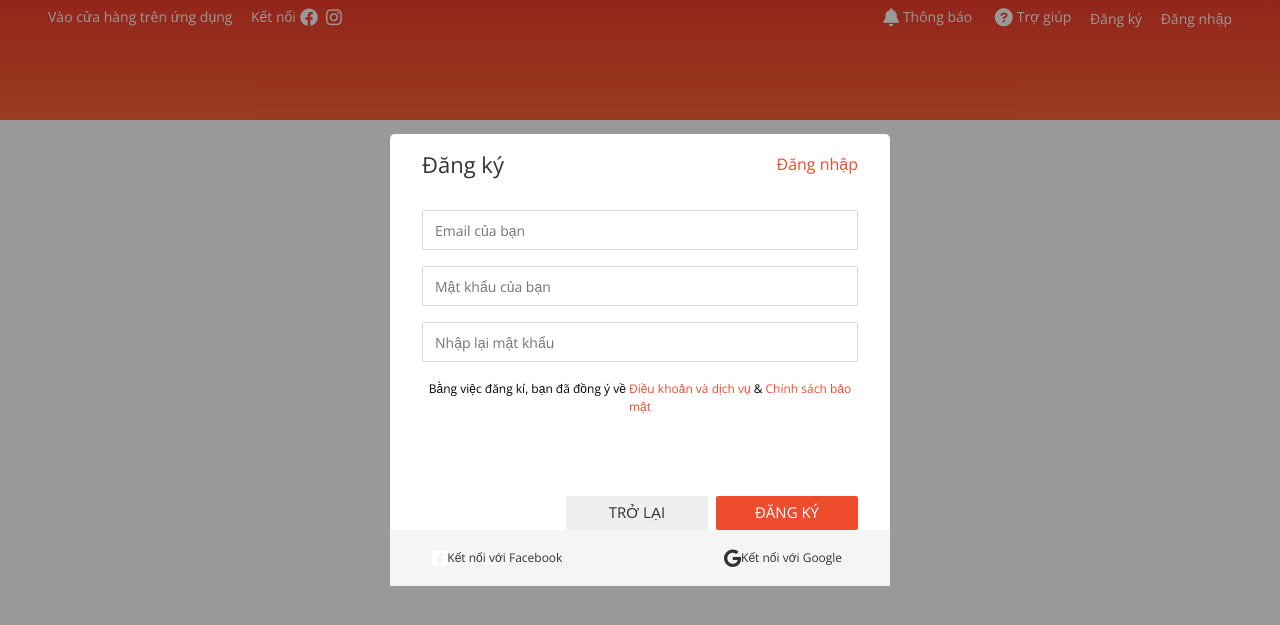
Repository: trongtamdev/Clone-Shopee-Page
Page: index.html
An editor plug-in stored every save of this project. The page is shown before and after the next save, followed by the edit.
The browser window is 1280 px wide. The pictures show the whole page.

Above is the page before, as saved 2022-07-08 22:09:10.

After the next save:
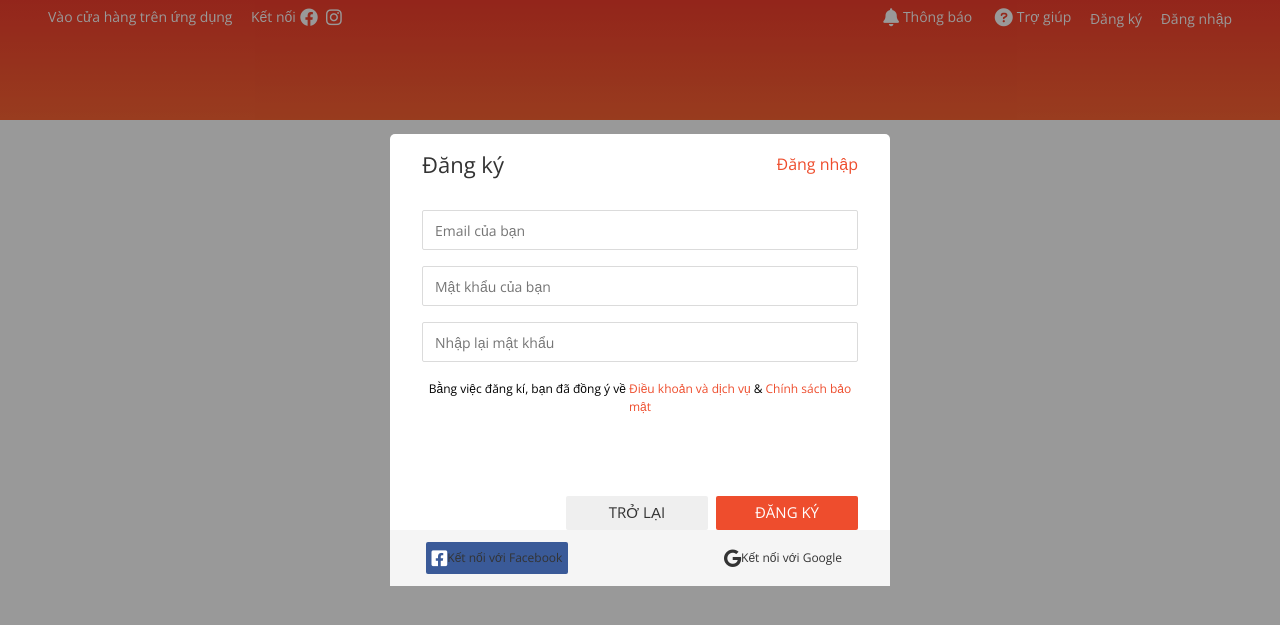
Saved 51 s later.
--- a/assets/css/main.css
+++ b/assets/css/main.css
@@ -200,6 +200,10 @@
 
 }
 
+.auth-form__socials--facebook {
+    background-color: #3A5A98;
+}
+
 .auth-form__socials--facebook
 .auth-form__socials-icon {
     color: var(--white-color);
